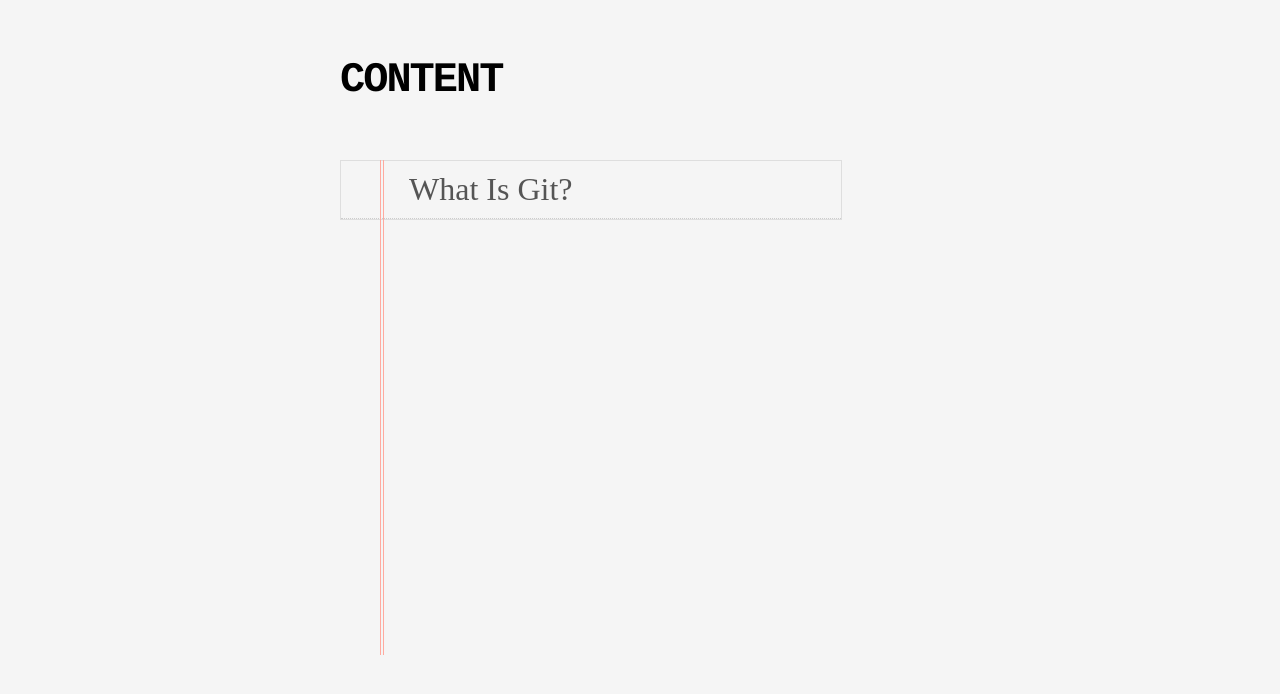
Repository: dev-singh-kanyal/Archive-git_github
Page: index.html
These files come from the project's save history. The page is drawn as it stood at one moment and after a run of saves; the edit follows.
The browser window is 1280 px wide. The pictures show the whole page.
Some web fonts or font styles are not loaded; a fallback is used.

Above is the page before, as saved 2022-06-24 15:41:22.

After the next 7 saves:
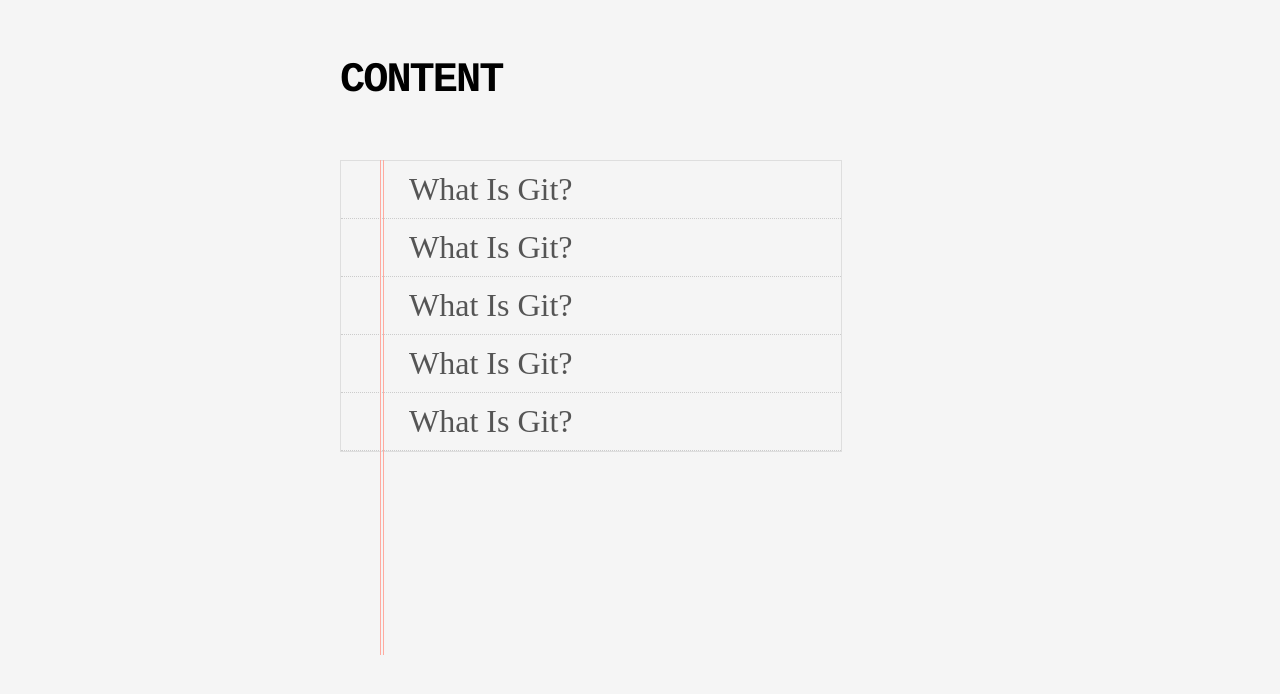
The 7 saves are shown as one change because they came seconds apart.
The last was saved 30 s later.
--- a/index.html
+++ b/index.html
@@ -16,6 +16,10 @@
 
     <ul class="list">
       <li><a href="/src/what is git.html">What is Git?</a></li>
+      <li><a href="/src/what is git.html">What is Git?</a></li>
+      <li><a href="/src/what is git.html">What is Git?</a></li>
+      <li><a href="/src/what is git.html">What is Git?</a></li>
+      <li><a href="/src/what is git.html">What is Git?</a></li>
 
     </ul>
 
